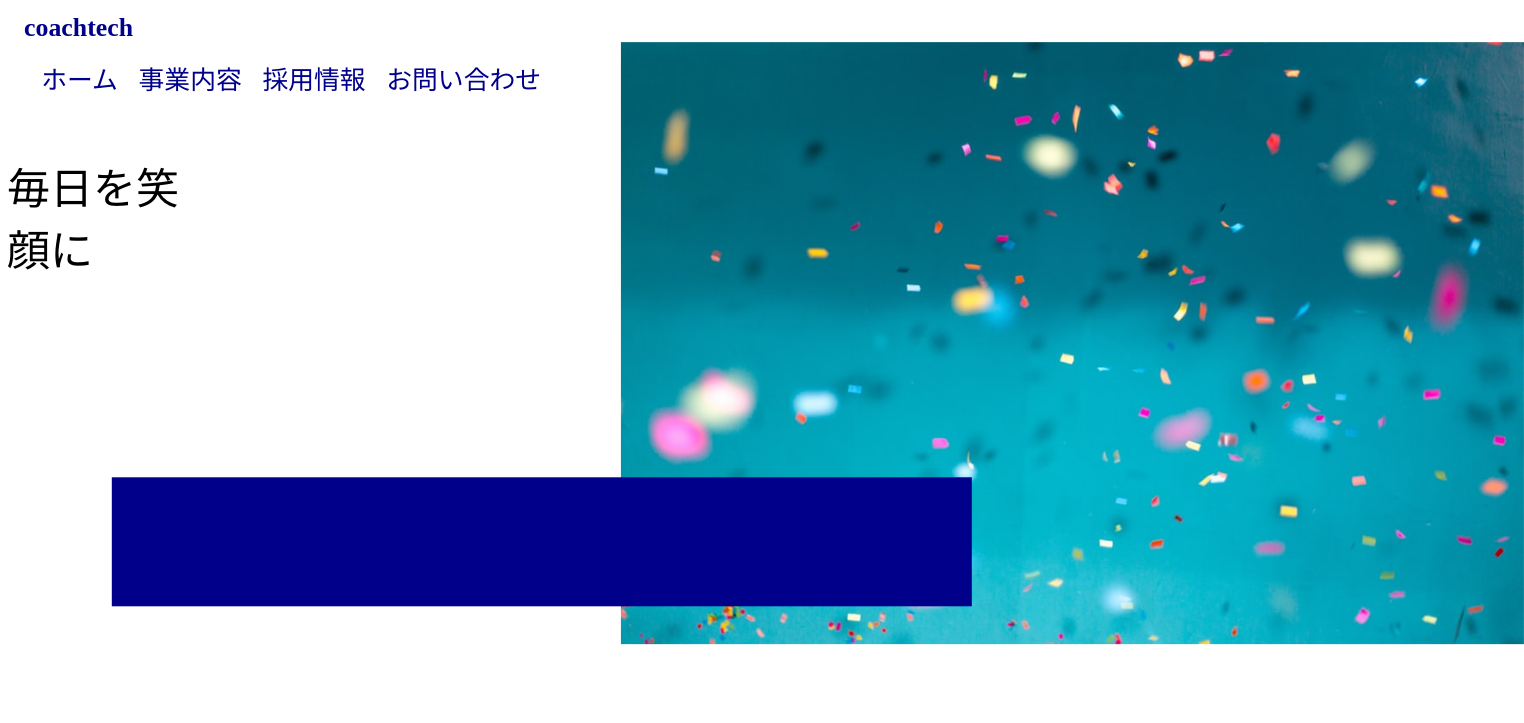
Repository: moro-ayu3/20230213_morohoshi
Page: index.html
An editor plug-in stored every save of this project. The page is shown before and after the next save, followed by the edit.
The browser window is 1280 px wide. The page is 1772 px wide, so the pictures cover 1772 px, including what lies to the right of the window. The pictures show the whole page, at 86% of full size.

Above is the page before, as saved 2023-02-13 15:34:25.

### index.html
<!DOCTYPE html>
<html lang="ja">

  <head>
    <meta charset="UTF-8" />
    <meta name="viewport" content="width=device-width, initial-scale=1.0" />
    <title>css演習問題</title>
    <link rel="stylesheet" href="./style.css">
  </head>

  <body>
   <header>
    <h1>coachtech</h1>
    <ul>
    <li>ホーム</li>
    <li>事業内容</li>
    <li>採用情報</li>
    <li>お問い合わせ</li>
   </ul>
   </header>
   <main>
    <div class="flex">
     <p>毎日を笑顔に</p>
     <div class="relative img">
      <img src="img/firstview.jpeg" alt="firstview">
     </div>
     <div class="absolute blue-box"></div>
    </div>
   </main>
  </body>

</html>

### style.css
h1 {
  color: #00008b;
  font-size: 30px;
  margin-top: 15px;
  margin-left: 20px;
}

li {
  color: #00008b;
  font-size: 30px;
  margin-top: 15px;
  margin-right: 20px;
  text-align: right;
  display: inline;
}

.flex {
  display: flex;
  flex-direction: row;
}

p {
  color: black;
  font-size: 50px;
}

.relative {
  position: relative;
  bottom: 80px;
  left: 500px;
}

.img {
  width: 100%
  position: right;
}

.absolute {
  position: absolute;
  bottom: 15px;
  right: 150px;
}

.blue-box {
  width: 1000px;
  height: 150px;
  background-color: #00008b;
}

After the next save:
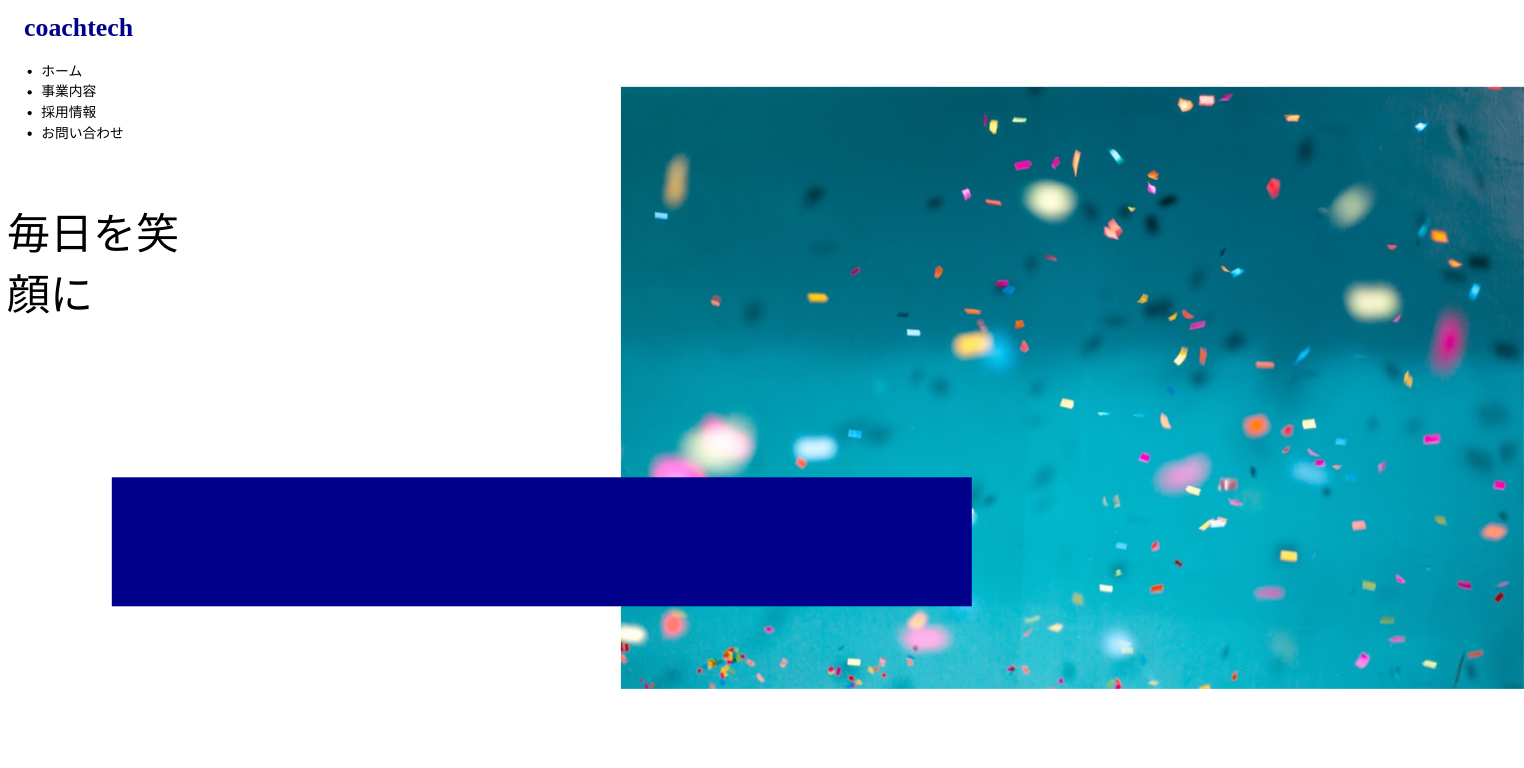
Saved 5 s later.
--- a/style.css
+++ b/style.css
@@ -5,7 +5,7 @@ h1 {
   margin-left: 20px;
 }
 
-li {
+ {
   color: #00008b;
   font-size: 30px;
   margin-top: 15px;
